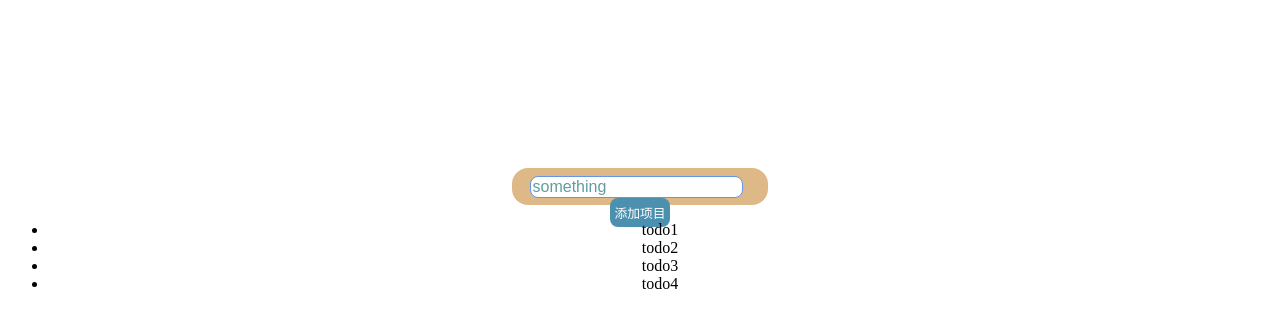
Repository: ArtemisWang/todolistProject
Page: /
The author's editor kept a copy of each file at every save. The page is drawn from the files as they stood at one save, then again after the next save.
The browser window is 1280 px wide. The pictures show the whole page.
The project was rebuilt for these pictures with package versions that can differ from the ones it lists, and the page was loaded fresh each time.

Above is the page before, as saved 2020-02-28 21:52:07.

### src/App.js
import React,{useState} from 'react';
import './App.css'
const App=function(){

    const [list, setList]=useState(['todo1','todo2','todo3','todo4'])
    const [content, setContent]=useState('something')

    function addItem(){
        setList([...list,content])
        setContent('')
    }

    function changeContent(e){
        setContent(e.target.value)
        return content
    }

    function deleteItem(i){
        setList(list.filter((x,index)=>index!==i))
    }

    return (
    <div className='app'>
        <div className='input'>
            <input onChange={changeContent} value={content} className='input-text'/>
            <button onClick={addItem} className='button'>添加项目</button>
        </div>
        <div className='u-list'>
            <ul>
                {list.map((it,i)=>(<li key={it+i} onClick={deleteItem.bind(this,i)}>{it}</li>))}
            </ul>
        </div>
    </div>)
}




export default App

### src/App.css
.app{
    text-align: center;
    padding-top: 10rem;
}

.input{
    display: block;
    background-color: burlywood;
    width: 16rem;
    margin-left:auto;
    margin-right:auto;
    padding-top: 0.1rem;
    padding-bottom: 0.2rem;
    border-radius: 1rem;
    height: 2rem;
}

.input-text{
    color: cadetblue;
    border: cornflowerblue solid 1px;
    display: inline-block;
    margin-right: .5rem;
    font-size: 1rem;
    margin-top: .4rem;
    border-radius: .5rem;
}

.button {
    background-color: rgb(76, 144, 175);
    border: none;
    color: white;
    padding: .3rem;
    text-align: center;
    text-decoration: none;
    display: inline-block;
    font-size: .8rem;
    border-radius: .5rem;
}

Loaded but not shown: public/index.html (common file); src/index.js (common file)

After the next save:
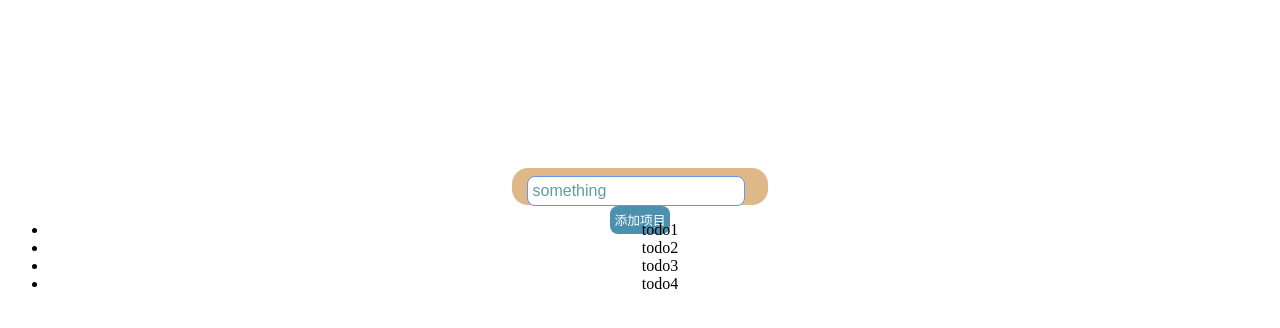
Saved 17 s later.
--- a/src/App.css
+++ b/src/App.css
@@ -23,6 +23,7 @@
     font-size: 1rem;
     margin-top: .4rem;
     border-radius: .5rem;
+    padding: .3rem;
 }
 
 .button {
